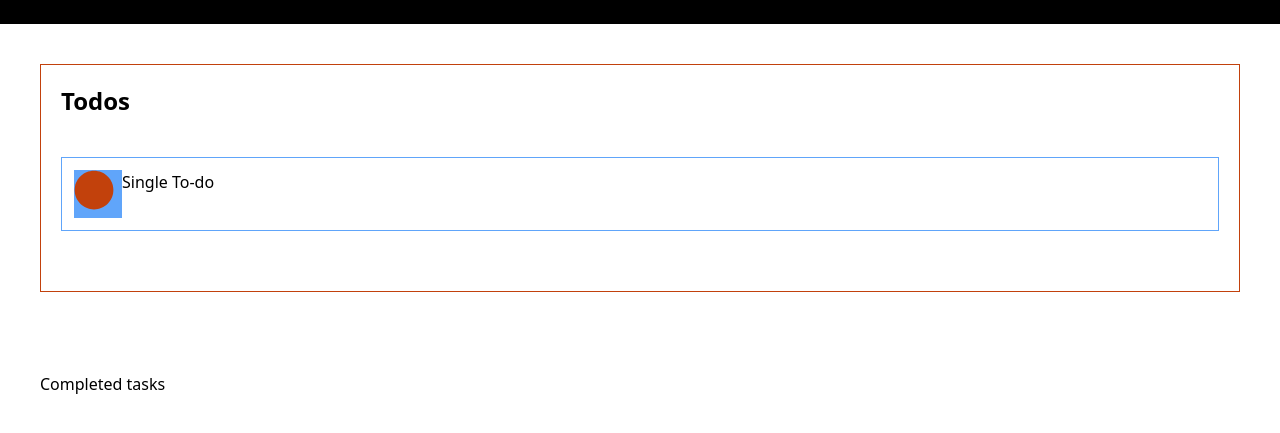
Repository: thekingisherenow/personalTodo
Page: /
These files come from the project's save history. The page is drawn as it stood at one moment and after the next save; the edit follows.
The browser window is 1280 px wide. The pictures show the whole page.
The project was rebuilt for these pictures with package versions that can differ from the ones it lists, and the page was loaded fresh each time. The framework's server and built-in components were replaced by stand-ins that run in the browser. Also part of the build but not shown: next.config.js, styles/Home.module.css.

Above is the page before, as saved 2022-12-15 16:10:06.

After the next save:
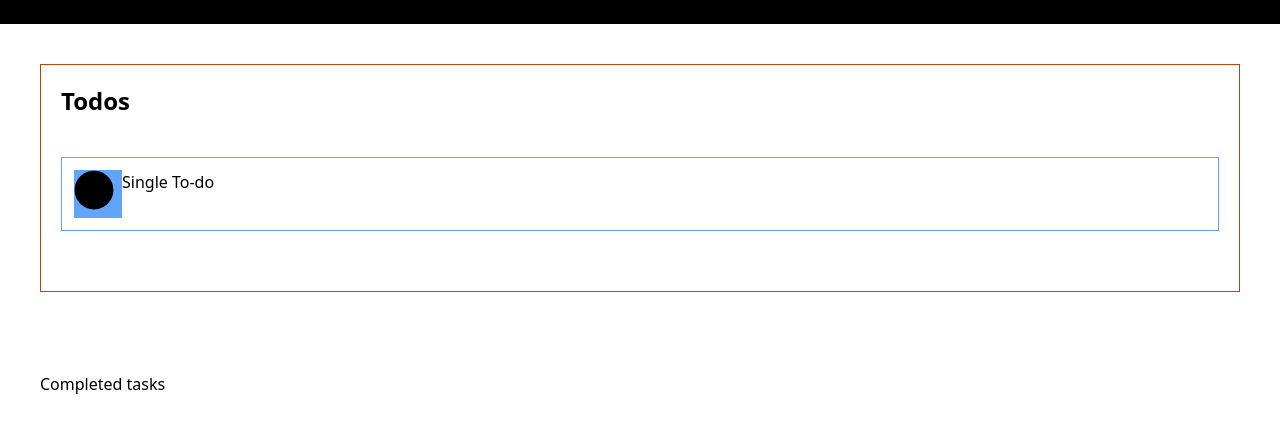
Saved 54 s later.
--- a/components/Todo.js
+++ b/components/Todo.js
@@ -13,8 +13,8 @@
         { check?
 
 <FaRegCheckCircle
-className=' text-orange-700 w-10 h-10 ' /> :
-<FaCircle className='w-10 text-orange-700 h-10' />
+className=' range-700 w-10 h-10 ' /> :
+<FaCircle className='w-10 range-700 h-10' />
 }
 </div>
 

After the 2 saves that followed:
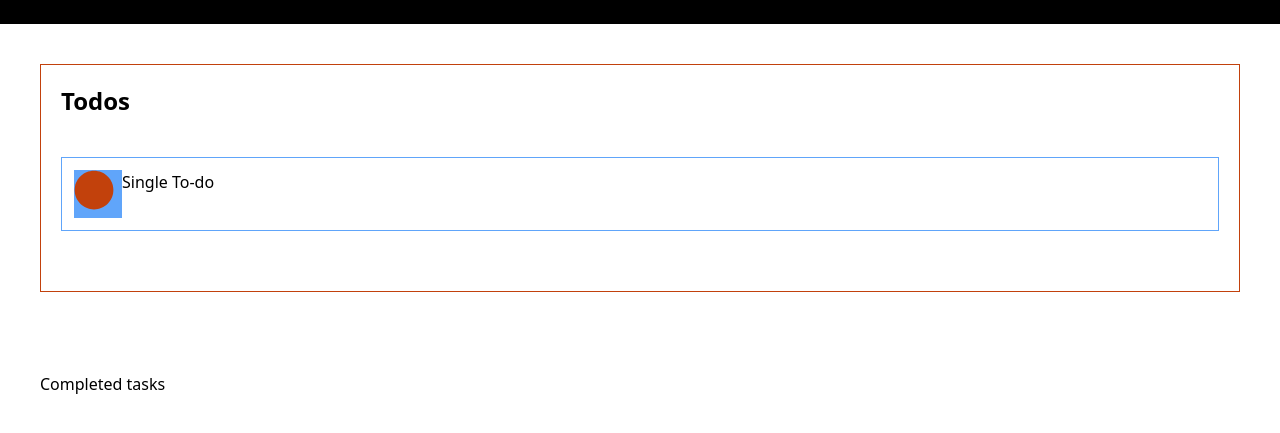
The 2 saves are shown as one change because 1 left the picture as it was.
The last was saved 15 s later.
--- a/components/Todo.js
+++ b/components/Todo.js
@@ -13,8 +13,8 @@
         { check?
 
 <FaRegCheckCircle
-className=' range-700 w-10 h-10 ' /> :
-<FaCircle className='w-10 range-700 h-10' />
+className=' text-orange-700 w-10 h-10 ' /> :
+<FaCircle className='w-10 text-orange-700 h-10' />
 }
 </div>
 
